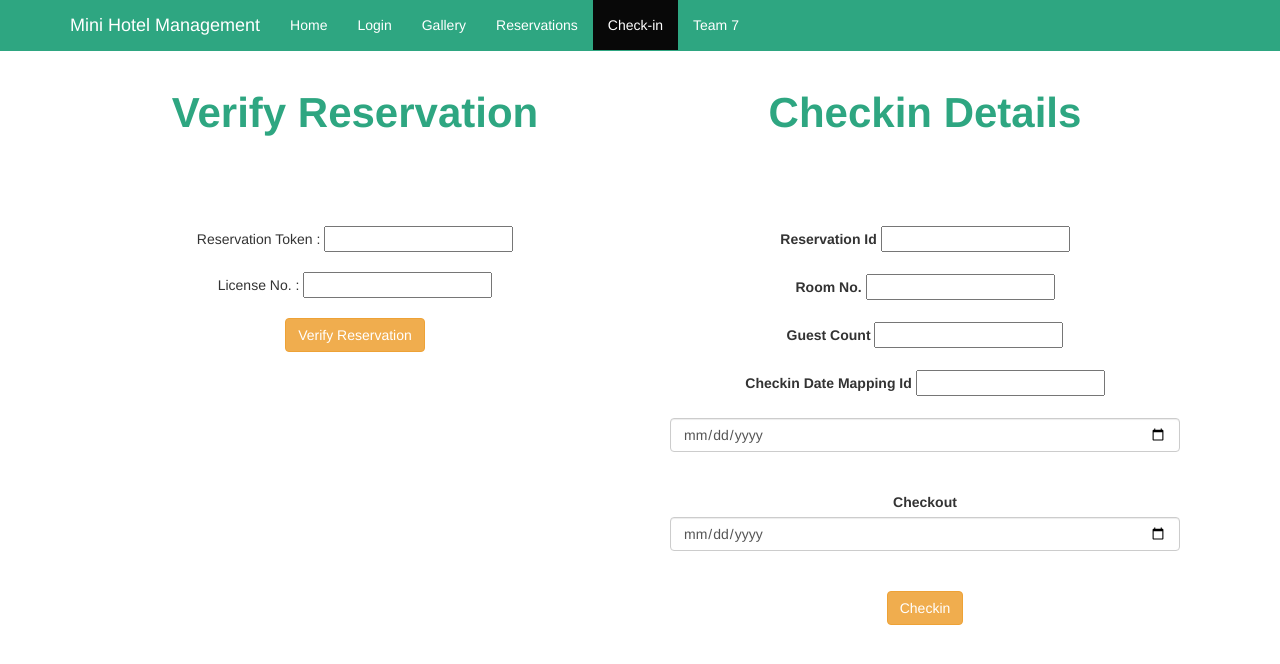
Repository: arjunshukla/CMPE-275_Team-07_Term-Project_Mini-Hotel-Manager
Page: NodeJS_webapp/client/verifyReservation.html
The author's editor kept a record of every edit. The page is drawn from the files as they stood at one moment, then again after the next edit.
The browser window is 1280 px wide. The pictures show the whole page.
Some web libraries are served in a nearby version.

Above is the page before.

### NodeJS_webapp/client/verifyReservation.html
<!DOCTYPE html>
<html lang="en">

<head>
  <meta charset="utf-8">
  <meta http-equiv="X-UA-Compatible" content="IE=edge">
  <meta name="viewport" content="width=device-width, initial-scale=1">
  <!-- The above 3 meta tags *must* come first in the head; any other head content must come *after* these tags -->
  <meta name="description" content="">
  <meta name="author" content="">
  <link rel="icon" href="../../favicon.ico">

  <title>Verify Reservation</title>

  <!-- Bootstrap core CSS -->
  <link href="./css/bootstrap.min.css" rel="stylesheet">
  <!--<link href="./css/bootstrap.css" rel="stylesheet">-->

  <link href="./css/new-template-pally.css" rel="stylesheet">


  <script language="Javascript">
    function validateForm() {
      var reservation_token = document.checkin.reservation_token.value;
      var license_no = document.checkin.license_no.value;
      if (reservation_token == "" || license_no == "")
{
        alert("Form must be completely filled.");
        return false;
      }
    }
  </script>
</head>

<body>

  <nav class="navbar navbar-inverse navbar-fixed-top">
    <div class="container">
      <div class="navbar-header">
        <button type="button" class="navbar-toggle collapsed" data-toggle="collapse" data-target="#navbar" aria-expanded="false" aria-controls="navbar">
          <span class="sr-only">Toggle navigation</span>
          <span class="icon-bar"></span>
          <span class="icon-bar"></span>
          <span class="icon-bar"></span>
        </button>
        <a class="navbar-brand" href="#">Mini Hotel Management</a>
      </div>
      <div id="navbar" class="collapse navbar-collapse">
        <ul class="nav navbar-nav">
          <li><a href="index_updated.html">Home</a></li>
          <li><a href="login.html">Login</a></li>
          <!--<li><a href="what_is_pally_updated.html">What is Pally</a></li>-->
          <li><a href="hotel_gallery">Gallery</a></li>
          <li><a href="reservation.html">Reservations</a></li>
          <li class="active"><a href="checkin.html">Check-in</a></li>
          <li><a href="meet_our_team.html">Team 7</a></li>
        </ul>
      </div>
      <!--/.nav-collapse -->
    </div>
  </nav>

  <div class="container">

    <div class="pally-starter-template">
      <!--   <h1>Bootstrap starter template</h1>
        <p class="lead">Use this document as a way to quickly start any new project.<br> All you get is this text and a mostly barebones HTML document.</p>
         -->

      <div class="col-md-6 Share-instantly-right" style="text-align:center;">
        <br>
        <h3>Verify Reservation</h3>
        <br>
       <!--  <h4 style="color:#20bfa3; font-size:22px;">Enter Credentials</h4> -->
        <br>
        <!-- p class="head-para"><font size="4">Traveling can be hectic when you're unfamiliar with a city or without a local by your side.  When you're not informed and are concerned about your safety, try staying at our Express Hotel. -->
          <br><br>
          <form style="text-align:center;" class="col-sm-12" name='reservationcheck' onsubmit="return validateForm()" action="/reservationcheck" method='POST' enctype='application/json'>
            Reservation Token : <input type='text' name='reservation_token'/> <br></br>
            License No. : <input type='text' name='license_no' />
              <br></br>
                <!--<input name="Verify" type="submit" value="Verify Reservation" />-->
                <button type="submit" class="btn  btn-warning">Verify Reservation</button>
              </td>
            </tr>
          </table>
          <!-- <input type='submit' value="submit"> -->
          <!--<input type="hidden" name="${_csrf.parameterName}"-->
          <!--  value="${_csrf.token}" />-->

        </form>
          </font></p>

        <br/>
         </div>

        <div class="col-md-6 Share-instantly-right" style="text-align:center;">
          <br>
        <h3>Checkin Details</h3>
        <br>
       <!--  <h4 style="color:#20bfa3; font-size:22px;">Enter Credentials</h4> -->
        <br>
        <!-- p class="head-para"><font size="4">Traveling can be hectic when you're unfamiliar with a city or without a local by your side.  When you're not informed and are concerned about your safety, try staying at our Express Hotel. -->
          <br><br>
          <form style="text-align:center;" class="col-sm-12" name='checkin' onsubmit="return validateForm()" action="/checkinGuest" method='POST' enctype='application/json'>
           <label for="reservation_id">Reservation Id</label>
           <input type=number name='reservation_id'/> <br></br>
           <label for="room_no">Room No.</label>
           <input type=number name='room_no' /><br/><br/>
            <label for="guest_count">Guest Count</label>
            <input type=number name='guest_count'/> <br></br>
            <label for="checkin_date">Checkin Date</label>
            <label for="mappingId">Mapping Id</label>
            <input type=number name='mappingId'/> <br></br>
            <input type="date" class="form-control" name="checkin_date" placeholder="Select checkin date" required><br/><br/>
            <label for="checkout_date">Checkout </label>
            <input type="date" class="form-control" name="checkout_date" placeholder="Select checkout date" required><br/><br/>

                <!--<input name="Verify" type="submit" value="Verify Reservation" />-->
                <button type="submit" class="btn  btn-warning">Checkin</button>
              </td>
            </tr>
          </table>
          <!-- <input type='submit' value="submit"> -->
          <!--<input type="hidden" name="${_csrf.parameterName}"-->
          <!--  value="${_csrf.token}" />-->

        </form>
          </font></p>

        <br/>
        </div>
        <div class="col-md-10" id="results">
            </div>
        <!-- <br>
        <div class="col-md-12">
          <h4 style="color:#20bfa3; font-size:18px;">Sign Up Today on iPhone or Android</h4> Pally is always free to use.
          <br/> -->
          <br/>
          <br/>
          <br/>

          <!--<div class="row">-->
          <!--  <div class="col-sm-6"><img src="images/iphone.png"></div>-->
          <!--  <div class="col-sm-6"><img src="images/google.png">-->
          <!--    <div>-->
          <!--    </div>-->

          <!--  </div>-->
          <!--</div>-->



        <div class="clearfix"> </div>
      </div>







      <div class="row">

        <div class="col-sm-3">



        </div>

        <div class="col-sm-6">

        </div>

      </div>


    </div>

  </div>
  <!-- /.container -->


  <!-- Bootstrap core JavaScript
    ================================================== -->
  <!-- Placed at the end of the document so the pages load faster -->
  <script src="https://ajax.googleapis.com/ajax/libs/jquery/1.11.3/jquery.min.js"></script>
  <script src="./js/bootstrap.min.js"></script>

</body>

</html>

### NodeJS_webapp/client/css/new-template-pally.css
body {
	padding-top: 50px;
}

.starter-template {
	padding: 40px 15px;
	text-align: center;
}

.navbar-inverse {
	background-color: #2ea681;
	border-color: #2ea681;
}

.navbar-inverse .navbar-nav>li>a {
	color: #ffffff;
}

.navbar-inverse .navbar-brand {
	color: #ffffff;
}

.Share-instantly-right h3{


	font-weight: 700;
    font-size: 3em;
    color: #2ea681;
    text-align: center;
}

Loaded but not shown: NodeJS_webapp/client/css/bootstrap.min.css (library); NodeJS_webapp/client/js/bootstrap.min.js (library)

After the next edit:
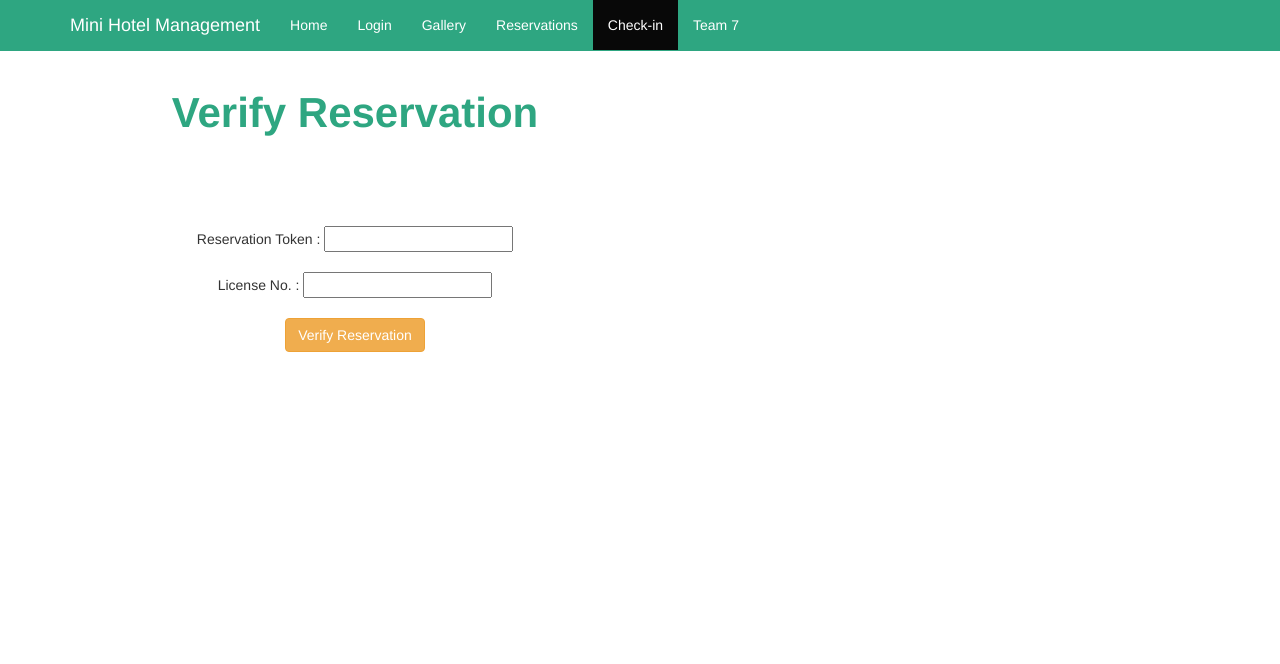
The edit:
--- a/NodeJS_webapp/client/verifyReservation.html
+++ b/NodeJS_webapp/client/verifyReservation.html
@@ -94,42 +94,7 @@
         <br/>
          </div>
 
-        <div class="col-md-6 Share-instantly-right" style="text-align:center;">
-          <br>
-        <h3>Checkin Details</h3>
-        <br>
-       <!--  <h4 style="color:#20bfa3; font-size:22px;">Enter Credentials</h4> -->
-        <br>
-        <!-- p class="head-para"><font size="4">Traveling can be hectic when you're unfamiliar with a city or without a local by your side.  When you're not informed and are concerned about your safety, try staying at our Express Hotel. -->
-          <br><br>
-          <form style="text-align:center;" class="col-sm-12" name='checkin' onsubmit="return validateForm()" action="/checkinGuest" method='POST' enctype='application/json'>
-           <label for="reservation_id">Reservation Id</label>
-           <input type=number name='reservation_id'/> <br></br>
-           <label for="room_no">Room No.</label>
-           <input type=number name='room_no' /><br/><br/>
-            <label for="guest_count">Guest Count</label>
-            <input type=number name='guest_count'/> <br></br>
-            <label for="checkin_date">Checkin Date</label>
-            <label for="mappingId">Mapping Id</label>
-            <input type=number name='mappingId'/> <br></br>
-            <input type="date" class="form-control" name="checkin_date" placeholder="Select checkin date" required><br/><br/>
-            <label for="checkout_date">Checkout </label>
-            <input type="date" class="form-control" name="checkout_date" placeholder="Select checkout date" required><br/><br/>
 
-                <!--<input name="Verify" type="submit" value="Verify Reservation" />-->
-                <button type="submit" class="btn  btn-warning">Checkin</button>
-              </td>
-            </tr>
-          </table>
-          <!-- <input type='submit' value="submit"> -->
-          <!--<input type="hidden" name="${_csrf.parameterName}"-->
-          <!--  value="${_csrf.token}" />-->
-
-        </form>
-          </font></p>
-
-        <br/>
-        </div>
         <div class="col-md-10" id="results">
             </div>
         <!-- <br>
